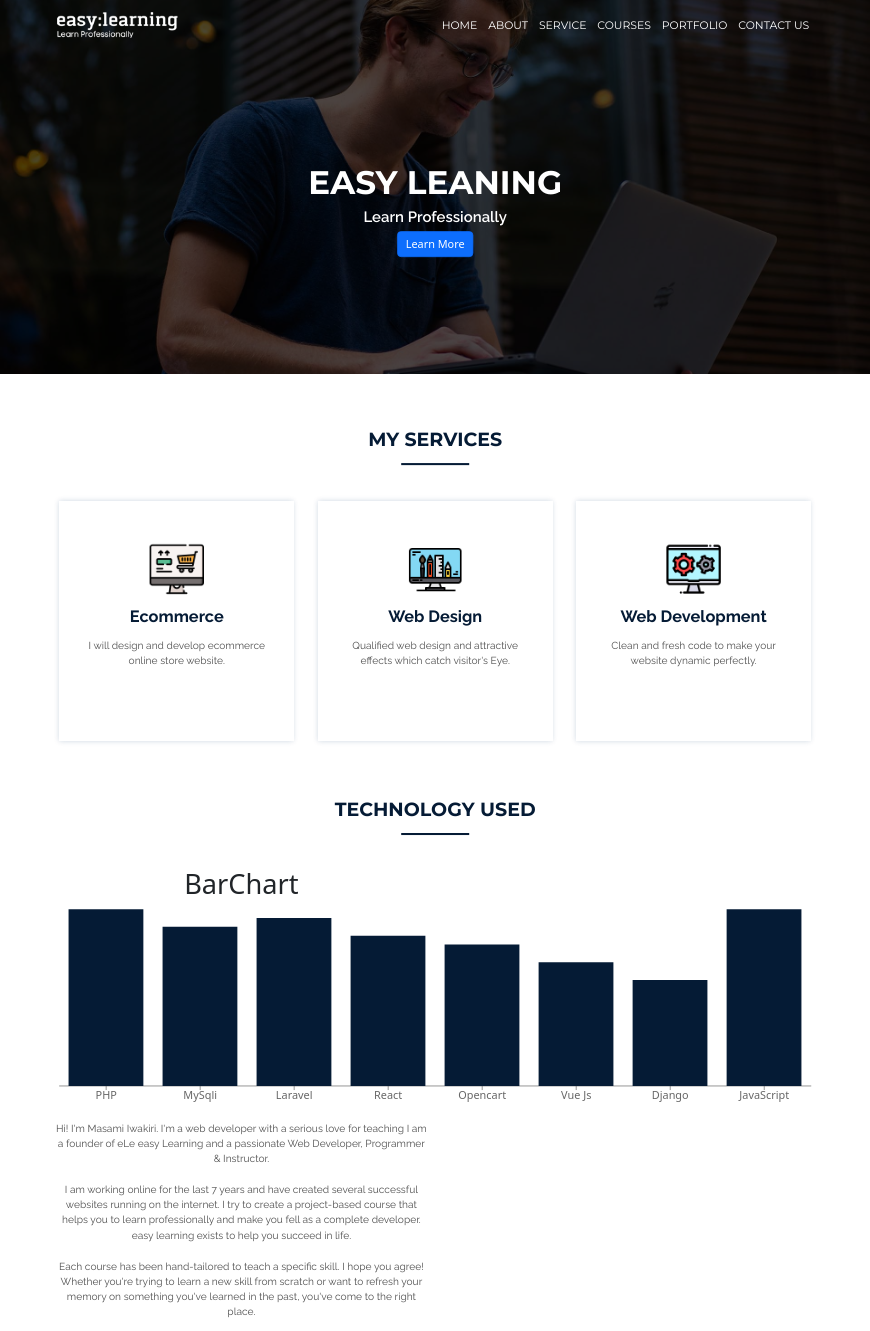
Repository: masamichan/free_video_app
Page: /
An editor plug-in stored every save of this project. The page is shown before and after the next save, followed by the edit.
The browser window is 1280 px wide. The pictures show the whole page, at 68% of full size.
Backgrounds fixed to the window are drawn as part of the page. The project was rebuilt for these pictures with package versions that can differ from the ones it lists, and the page was loaded fresh each time.

Above is the page before, as saved 2023-01-29 10:59:20.

After the next save:
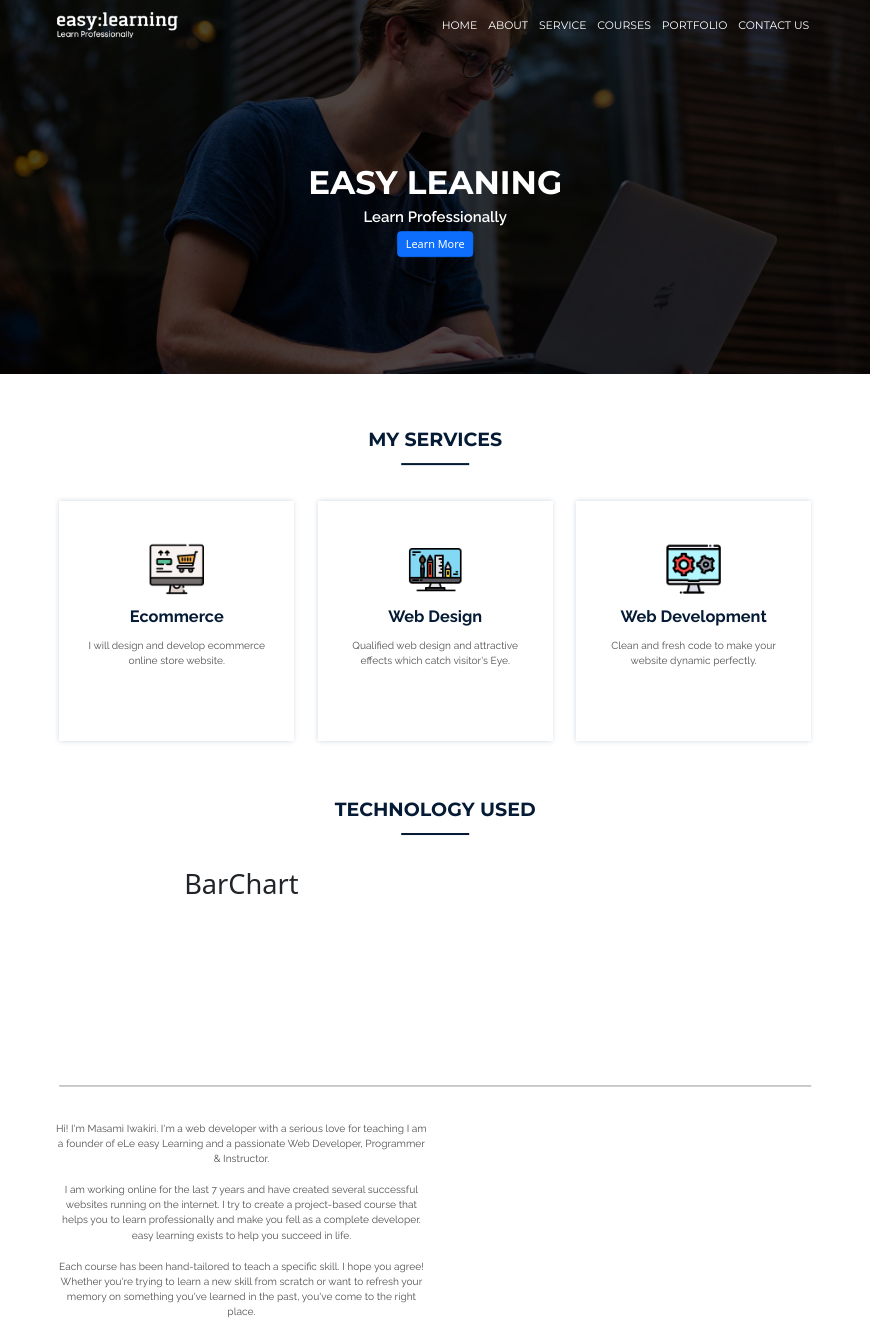
Saved 79 s later.
--- a/src/components/Analysis/Analysis.jsx
+++ b/src/components/Analysis/Analysis.jsx
@@ -6,14 +6,14 @@
     super();
     this.state = {
       data: [
-        { Techonology: "PHP", Projects: 100 },
-        { Techonology: "MySqli", Projects: 90 },
-        { Techonology: "Laravel", Projects: 95 },
-        { Techonology: "React", Projects: 85 },
-        { Techonology: "Opencart", Projects: 80 },
-        { Techonology: "Vue Js", Projects: 70 },
-        { Techonology: "Django", Projects: 60 },
-        { Techonology: "JavaScript", Projects: 100 },
+        { Technology: "PHP", Projects: 100 },
+        { Technology: "MySqli", Projects: 90 },
+        { Technology: "Laravel", Projects: 95 },
+        { Technology: "React", Projects: 85 },
+        { Technology: "Opencart", Projects: 80 },
+        { Technology: "Vue Js", Projects: 70 },
+        { Technology: "Django", Projects: 60 },
+        { Technology: "JavaScript", Projects: 100 },
       ],
     };
   }

After the 2 saves that followed:
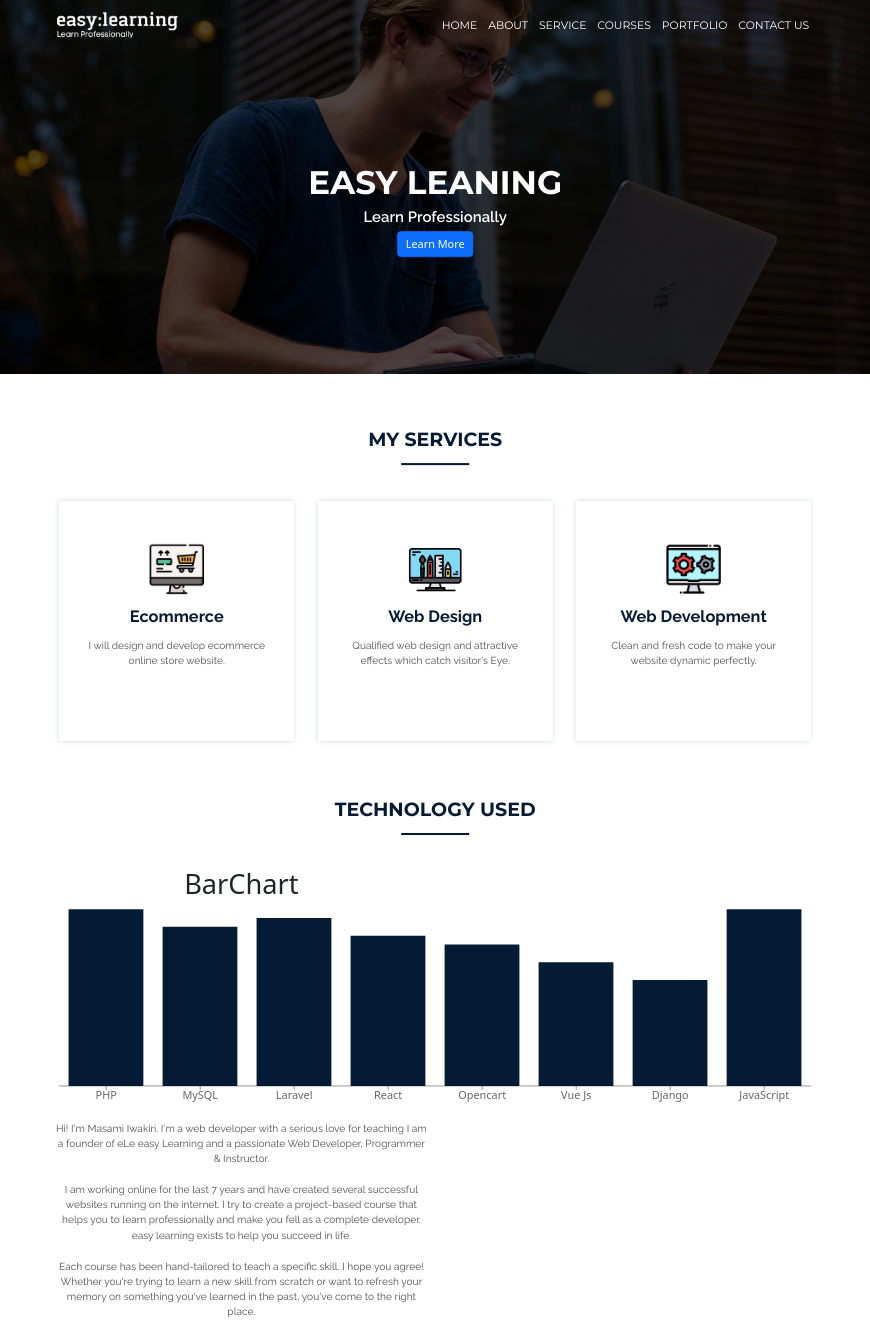
The 2 saves are shown as one change because 1 left the picture as it was.
The last was saved 21 s later.
--- a/src/components/Analysis/Analysis.jsx
+++ b/src/components/Analysis/Analysis.jsx
@@ -7,7 +7,7 @@
     this.state = {
       data: [
         { Technology: "PHP", Projects: 100 },
-        { Technology: "MySqli", Projects: 90 },
+        { Technology: "MySQL", Projects: 90 },
         { Technology: "Laravel", Projects: 95 },
         { Technology: "React", Projects: 85 },
         { Technology: "Opencart", Projects: 80 },
@@ -37,7 +37,7 @@
             >
               <ResponsiveContainer>
                 <BarChart width={100} height={300} data={this.state.data}>
-                  <XAxis dataKey="Techonology" />
+                  <XAxis dataKey="Technology" />
                   <Tooltip />
                   <Bar dataKey="Projects" fill={blue}></Bar>
                 </BarChart>
